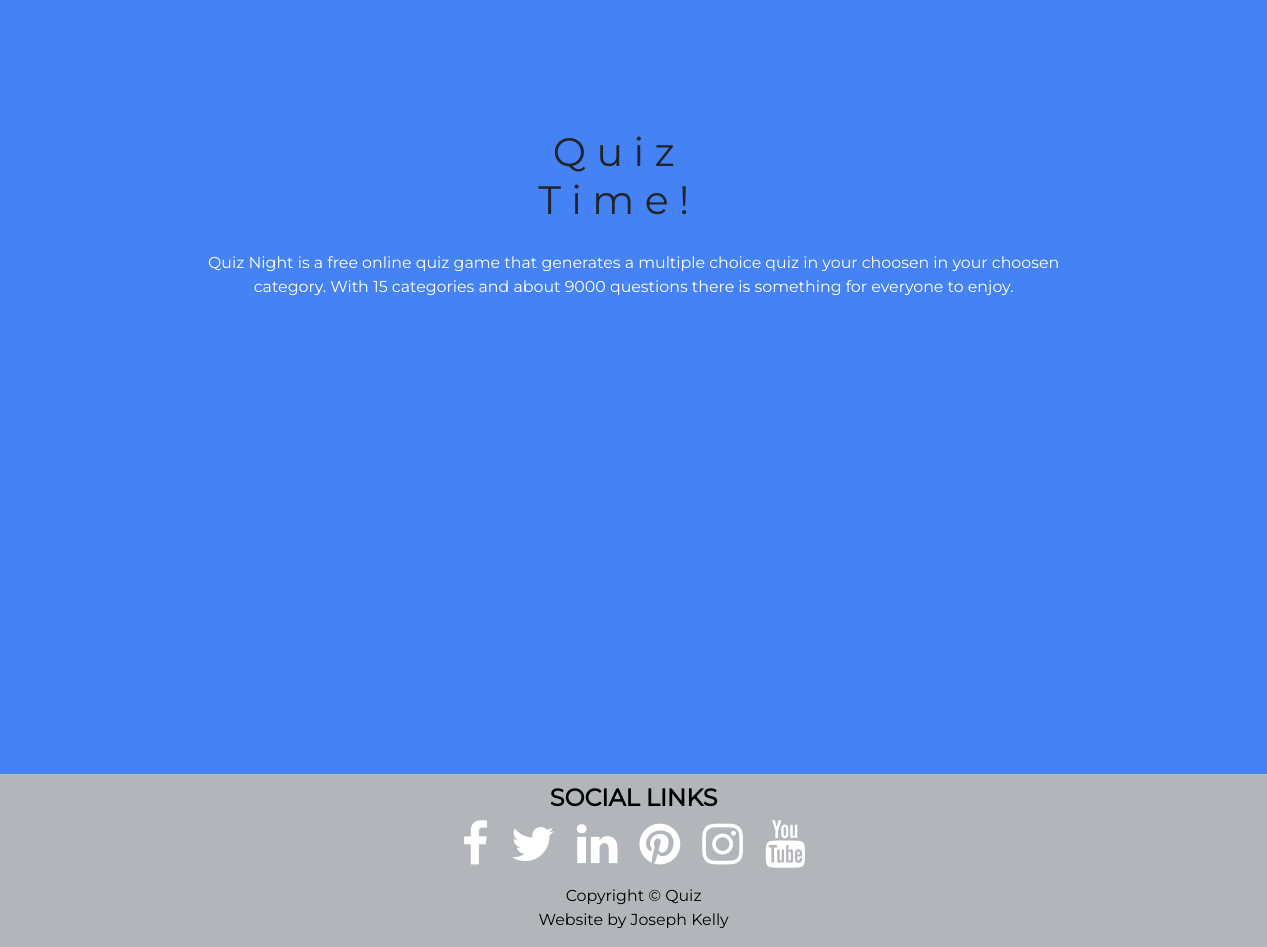
Repository: Code-Institute-Submissions/quiz-1
Page: index.html
The author's editor kept a record of every edit. The page is drawn from the files as they stood at one moment, then again after the next edit.
The browser window is 1280 px wide. The pictures show the whole page, at 99% of full size.

Above is the page before.

After the next edit:
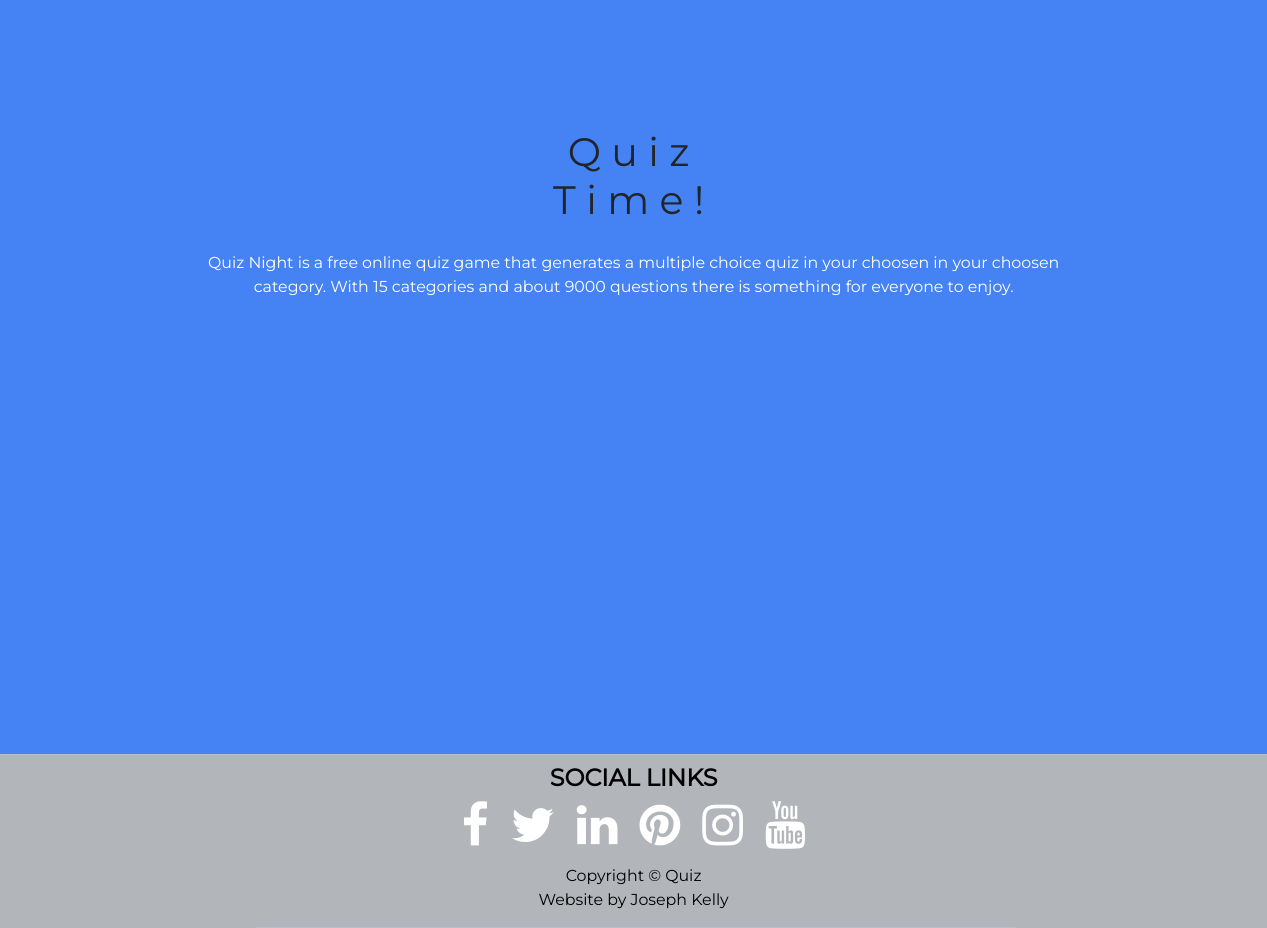
The edit:
--- a/index.html
+++ b/index.html
@@ -14,8 +14,8 @@
 
 <body>
     <div class="container-fluid home">
-        <div class="row">
-            <div class="col-xs-12 quiz-time">
+        <div class="row container-fluid quiz-time">
+            <div class="col-xs-12">
                 <h1>
                     <span>Q</span>
                     <span>u</span>
